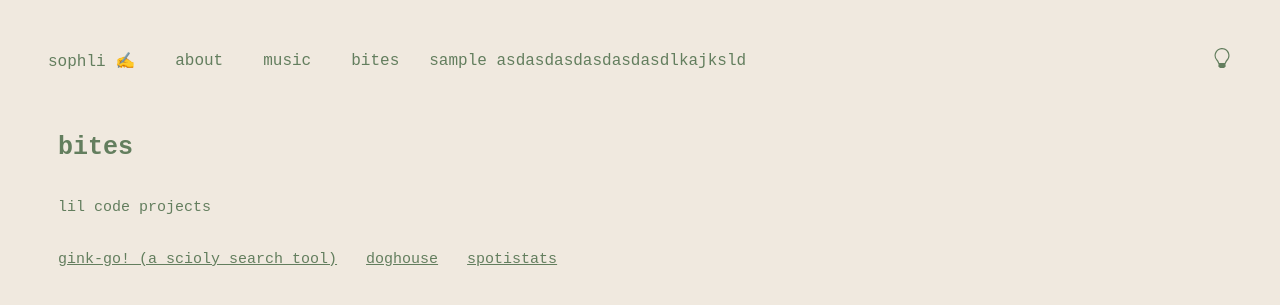
Repository: soph-lin/sophli-legacy
Page: http://localhost/bites.php
The author's editor kept a copy of each file at every save. The page is drawn from the files as they stood at one save, then again after the next save.
The browser window is 1280 px wide. The pictures show the whole page.
The page is run by PHP 8.4 with error messages shown; the project is at /var/www/html/.

Above is the page before, as saved 2024-07-12 22:16:07.

After the next save:
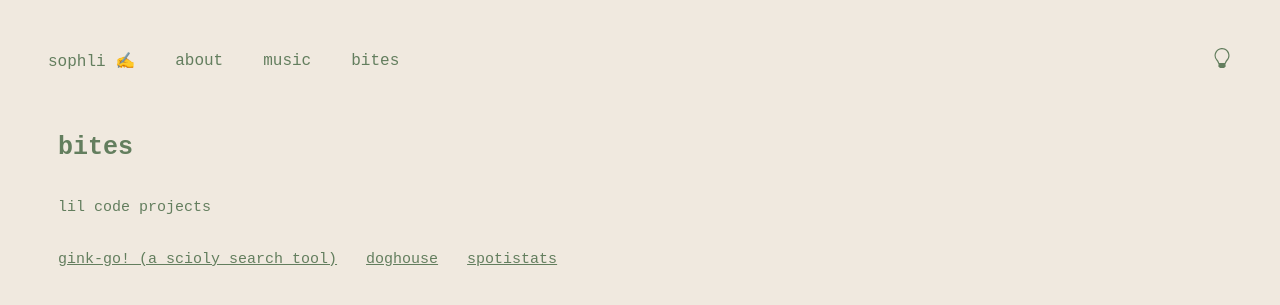
Saved 7 s later.
--- a/partials/navbar.php
+++ b/partials/navbar.php
@@ -4,12 +4,6 @@
       <li><a href="/about.php">about</a></li>
       <li><a href="/music.php">music</a></li>
       <li><a href="/bites.php">bites</a></li>
-      <li class="dropdown">
-        sample asdasdasdasdasdasdlkajksld
-        <ul>
-          <li><a href="#">hihi</a></li>
-        </ul>
-      </li>
       <li id="lightbulbContainer">
         <svg xmlns="http://www.w3.org/2000/svg" id="pullCord" height="250" width="20">
             <line x1="0" y1="0" x2="0" y2="200"/>
